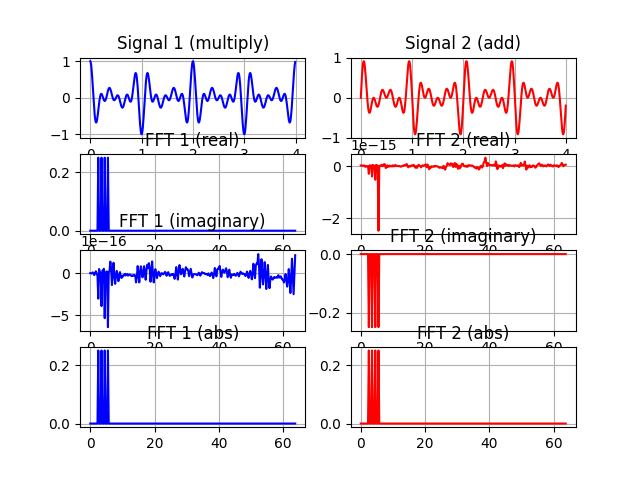
Repository: njms-motion-analysis-lab/analysis_tools
Script's output: python fft_fun.py
These files come from the project's save history. The script's output is drawn as it stood at one moment and after the next save; the edit follows.
Random numbers start from a fixed seed.

Above is the script's output before, as saved 2024-02-06 09:40:26.

### fft_fun.py
import numpy as np
import matplotlib.pyplot as plt
N = 512 # Sample count
fs = 128 # Sampling rate
st = 1.0 / fs # Sample time
t = np.arange(N) * st # Time vector

signal1 = \
1   *np.cos(2*np.pi * t) *\
2   *np.cos(2*np.pi * 4*t) *\
0.5 *np.cos(2*np.pi * 0.5*t)

signal2 = \
0.25*np.sin(2*np.pi * 2.5*t) +\
0.25*np.sin(2*np.pi * 3.5*t) +\
0.25*np.sin(2*np.pi * 4.5*t) +\
0.25*np.sin(2*np.pi * 5.5*t)



_, axes = plt.subplots(4, 2)

# Plot signal
axes[0][0].set_title("Signal 1 (multiply)")
axes[0][0].grid()
axes[0][0].plot(t, signal1, 'b-')

axes[0][1].set_title("Signal 2 (add)")
axes[0][1].grid()
axes[0][1].plot(t, signal2, 'r-')

# FFT + bins + normalization
bins = np.fft.fftfreq(N, st)
fft  = [i / (N/2) for i in np.fft.fft(signal1)]
fft2 = [i / (N/2) for i in np.fft.fft(signal2)]

# Plot real
axes[1][0].set_title("FFT 1 (real)")
axes[1][0].grid()
axes[1][0].plot(bins[:int(N/2)], np.real(fft[:int(N/2)]), 'b-')

axes[1][1].set_title("FFT 2 (real)")
axes[1][1].grid()
axes[1][1].plot(bins[:int(N/2)], np.real(fft2[:int(N/2)]), 'r-')

# Plot imaginary
axes[2][0].set_title("FFT 1 (imaginary)")
axes[2][0].grid()
axes[2][0].plot(bins[:int(N/2)], np.imag(fft[:int(N/2)]), 'b-')

axes[2][1].set_title("FFT 2 (imaginary)")
axes[2][1].grid()
axes[2][1].plot(bins[:int(N/2)], np.imag(fft2[:int(N/2)]), 'r-')

# Plot abs
axes[3][0].set_title("FFT 1 (abs)")
axes[3][0].grid()
axes[3][0].plot(bins[:int(N/2)], np.abs(fft[:int(N/2)]), 'b-')

axes[3][1].set_title("FFT 2 (abs)")
axes[3][1].grid()
axes[3][1].plot(bins[:int(N/2)], np.abs(fft2[:int(N/2)]), 'r-')

plt.show()

After the next save:
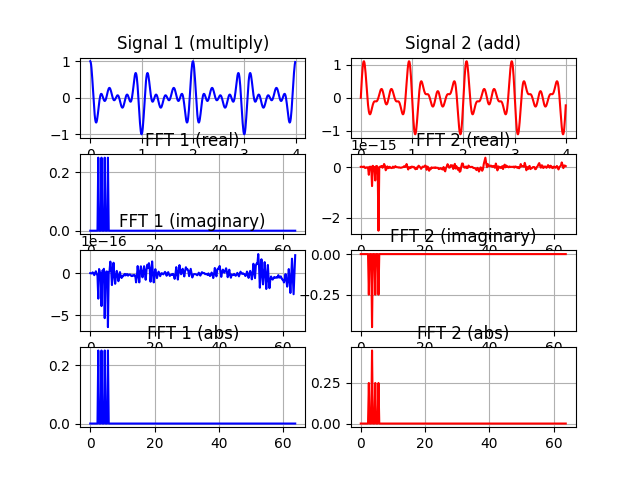
Saved 113 s later.
--- a/fft_fun.py
+++ b/fft_fun.py
@@ -12,7 +12,7 @@ signal1 = \
 
 signal2 = \
 0.25*np.sin(2*np.pi * 2.5*t) +\
-0.25*np.sin(2*np.pi * 3.5*t) +\
+0.45*np.sin(2*np.pi * 3.5*t) +\
 0.25*np.sin(2*np.pi * 4.5*t) +\
 0.25*np.sin(2*np.pi * 5.5*t)
 
